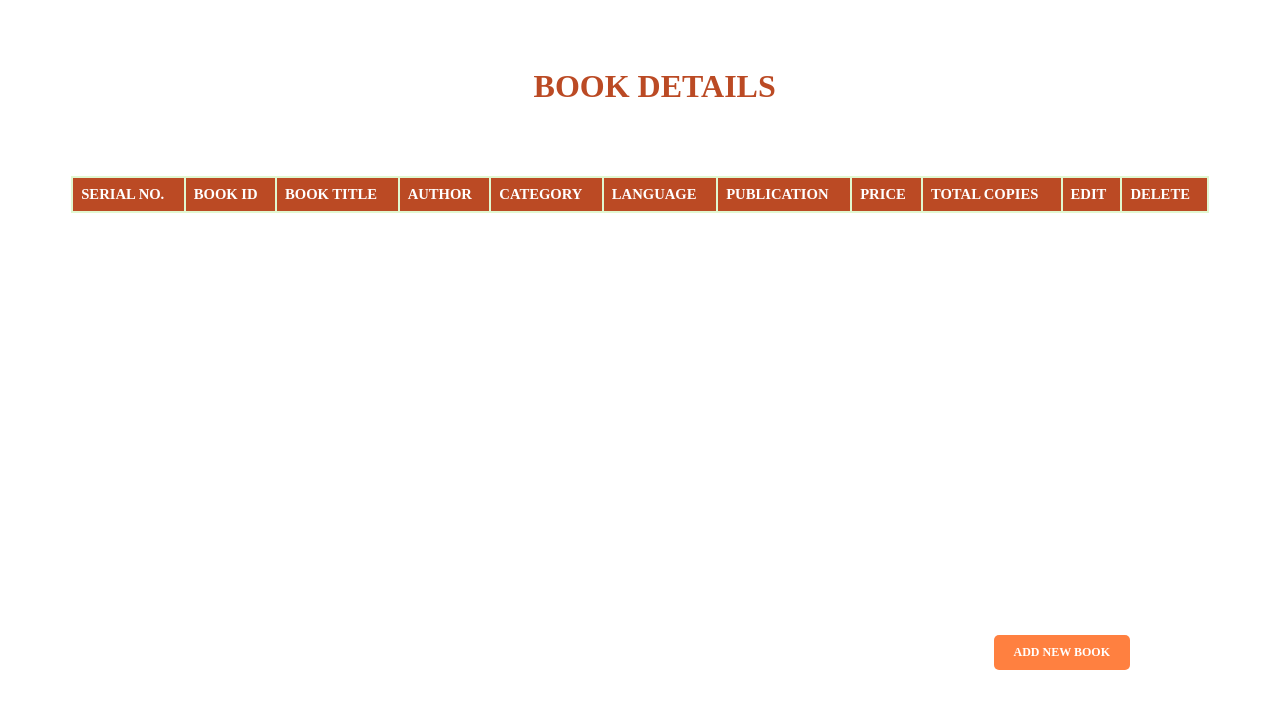
Repository: devikrishna908/RURAL-LIBRARY-MANAGEMENT
Page: http://localhost/library-management/WEB-INF/jsp/admin-members.jsp
These files come from the project's save history. The page is drawn as it stood at one moment and after the next save; the edit follows.
The browser window is 1280 px wide. The pictures show the whole page.
The page is served by Tomcat 9. Nobody is signed in. The template is opened directly, without the code that normally fills it, so the values that code supplies are empty.

Above is the page before, as saved 2024-05-26 03:30:43.

After the next save:
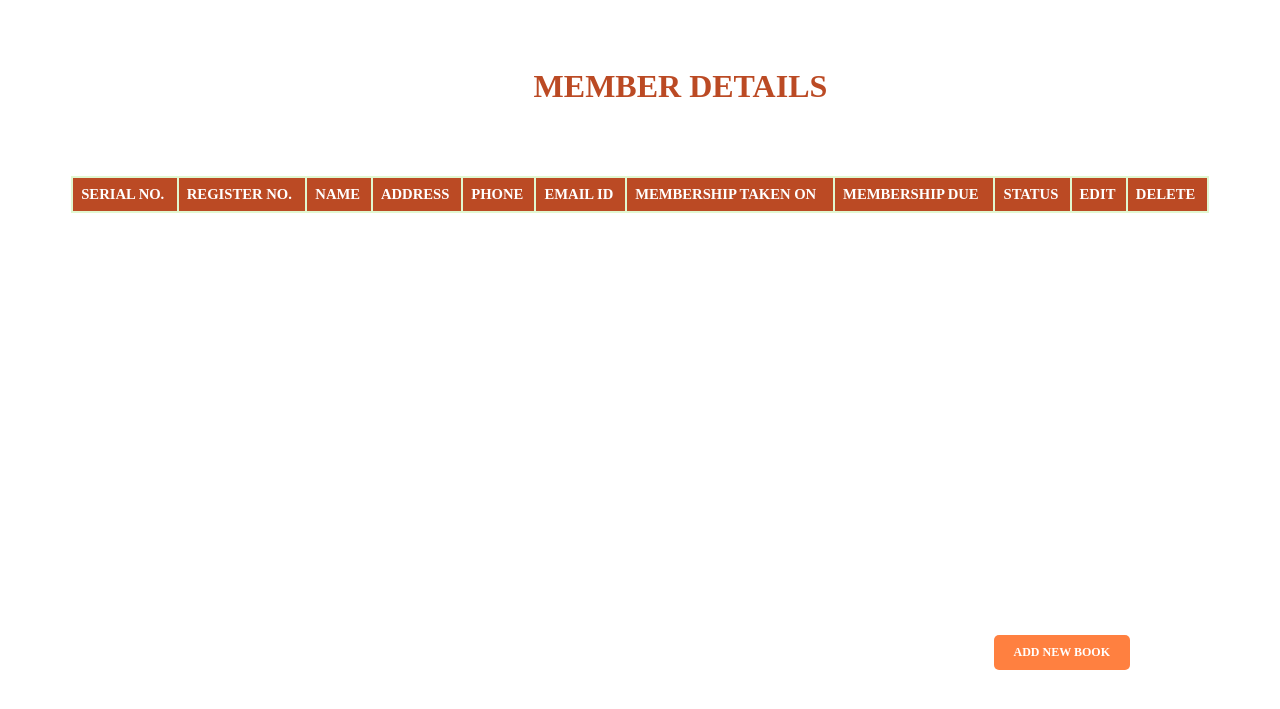
Saved 112 s later.
--- a/library-management/src/main/webapp/WEB-INF/jsp/admin-members.jsp
+++ b/library-management/src/main/webapp/WEB-INF/jsp/admin-members.jsp
@@ -22,19 +22,19 @@
 </head>
 <body>
 	<div class="services-container">
-		<h1 class="services">BOOK DETAILS</h1>
+		<h1 class="services">MEMBER DETAILS</h1>
 	</div>
 	<table border="1">
 		<tr>
 			<th>SERIAL NO.</th>
-			<th>BOOK ID</th>
-			<th>BOOK TITLE</th>
-			<th>AUTHOR</th>
-			<th>CATEGORY</th>
-			<th>LANGUAGE</th>
-			<th>PUBLICATION</th>
-			<th>PRICE</th>
-			<th>TOTAL COPIES</th>
+			<th>REGISTER NO.</th>
+			<th>NAME</th>
+			<th>ADDRESS</th>
+			<th>PHONE</th>
+			<th>EMAIL ID</th>
+			<th>MEMBERSHIP TAKEN ON</th>
+			<th>MEMBERSHIP DUE</th>
+			<th>STATUS</th>
 			<th>EDIT</th>
 			<th>DELETE</th>
 		</tr>
